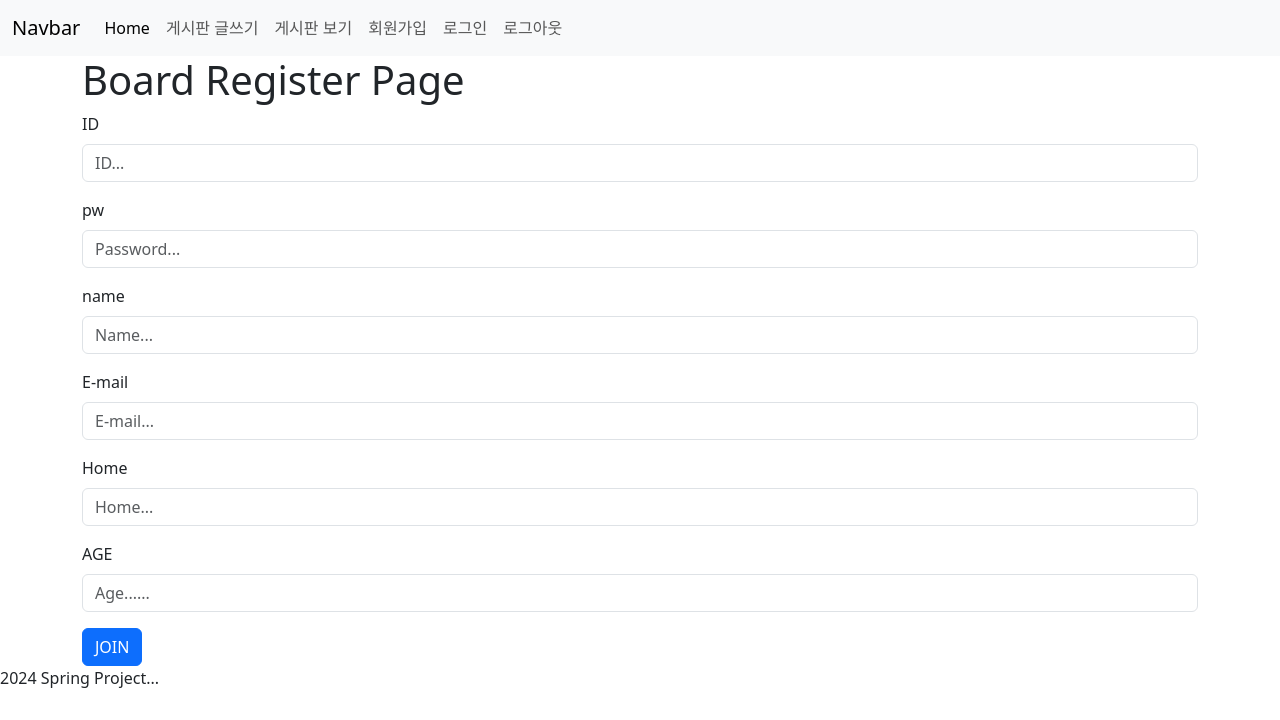
Repository: leegangjin/springTest240430
Page: http://localhost/spring_study/WEB-INF/views/member/register.jsp
The author's editor kept a copy of each file at every save. The page is drawn from the files as they stood at one save, then again after the next save.
The browser window is 1280 px wide. The pictures show the whole page.
The page is served by Tomcat 9. Nobody is signed in. The template is opened directly, without the code that normally fills it, so the values that code supplies are empty.

Above is the page before, as saved 2024-04-25 05:57:12.

### spring_study/src/main/webapp/WEB-INF/views/member/register.jsp
<%@ page language="java" contentType="text/html; charset=UTF-8"
	pageEncoding="UTF-8"%>

<jsp:include page="../layout/header.jsp" />
<div class="container-md">
	<h1>Board Register Page</h1>
	<form action="/board/insert" method="post">
		<div class="mb-3">
			<label for="i" class="form-label">ID</label> <input
				type="text" class="form-control" name="id" id="i"
				placeholder="ID...">
		</div>
		<div class="mb-3">
			<label for="p" class="form-label">pw</label>
			<input type="password" class="form-control" name="pw" id="p"
				placeholder="Password...">
		</div>
		<div class="mb-3">
			<label for="n" class="form-label">name</label>
			<input type="text" class="form-control" name="name" id="n"
				placeholder="Name...">
		</div>
		<div class="mb-3">
			<label for="e" class="form-label">E-mail</label>
			<input type="text" class="form-control" name="email" id="e"
				placeholder="E-mail...">
		</div>
		<div class="mb-3">
			<label for="h" class="form-label">Home</label>
			<input type="text" class="form-control" name="home" id="h"
				placeholder="Home...">
		</div>
		<div class="mb-3">
			<label for="a" class="form-label">AGE</label>
			<input type="text" class="form-control" name="age" id="a"
				placeholder="Age......">
		</div>


		<button type="submit" class="btn btn-primary">JOIN</button>
	</form>
</div>
<jsp:include page="../layout/footer.jsp" />

### spring_study/src/main/webapp/WEB-INF/views/layout/header.jsp
<%@ page language="java" contentType="text/html; charset=UTF-8"
    pageEncoding="UTF-8"%>
<!DOCTYPE html>
<html>
<head>
<meta charset="UTF-8">
<title>header.jsp</title>
</head>
<link href="https://cdn.jsdelivr.net/npm/bootstrap@5.3.3/dist/css/bootstrap.min.css" rel="stylesheet" integrity="sha384-QWTKZyjpPEjISv5WaRU9OFeRpok6YctnYmDr5pNlyT2bRjXh0JMhjY6hW+ALEwIH" crossorigin="anonymous">
<script src="https://cdn.jsdelivr.net/npm/bootstrap@5.3.3/dist/js/bootstrap.bundle.min.js" integrity="sha384-YvpcrYf0tY3lHB60NNkmXc5s9fDVZLESaAA55NDzOxhy9GkcIdslK1eN7N6jIeHz" crossorigin="anonymous"></script>
<body>
<nav class="navbar navbar-expand-lg bg-body-tertiary">
  <div class="container-fluid">
    <a class="navbar-brand" href="#">Navbar</a>
    <button class="navbar-toggler" type="button" data-bs-toggle="collapse" data-bs-target="#navbarSupportedContent" aria-controls="navbarSupportedContent" aria-expanded="false" aria-label="Toggle navigation">
      <span class="navbar-toggler-icon"></span>
    </button>
    <div class="collapse navbar-collapse" id="navbarSupportedContent">
      <ul class="navbar-nav me-auto mb-2 mb-lg-0">
        <li class="nav-item">
          <a class="nav-link active" aria-current="page" href="#">Home</a>
        </li>
        <li class="nav-item">
          <a class="nav-link" href="/board/register">게시판 글쓰기</a>
        </li>
        <li class="nav-item">
          <a class="nav-link" href="/board/list">게시판 보기</a>
        </li>
        <li class="nav-item">
          <a class="nav-link" href="#">회원가입</a>
        </li>
        <li class="nav-item">
          <a class="nav-link" href="#">로그인</a>
        </li>
        <li class="nav-item">
          <a class="nav-link" href="#">로그아웃</a>
        </li>
        </ul>
    </div>
  </div>
</nav>

### spring_study/src/main/webapp/WEB-INF/views/layout/footer.jsp
<%@ page language="java" contentType="text/html; charset=UTF-8"
	pageEncoding="UTF-8"%>
<!DOCTYPE html>
<html>
<head>
<meta charset="UTF-8">



<div class="mb-3" >2024 Spring Project...</div>
</body>
</html>

After the next save:
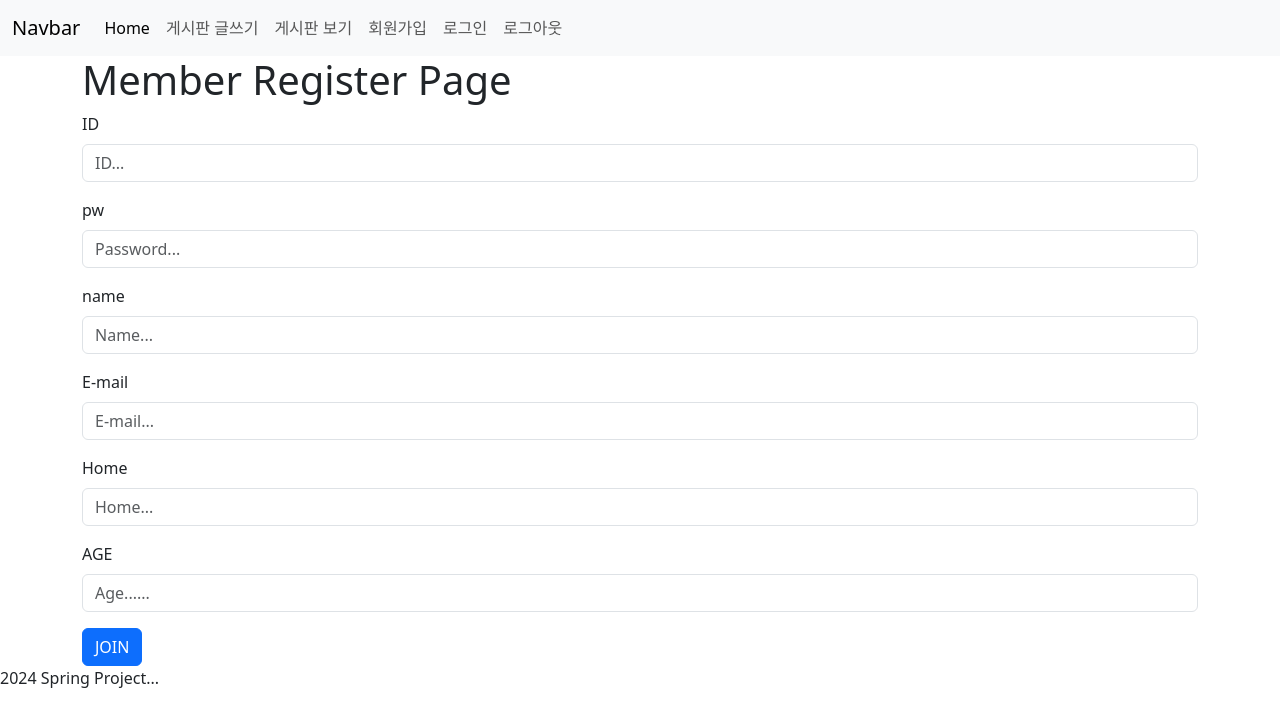
Saved 22 s later.
--- a/spring_study/src/main/webapp/WEB-INF/views/member/register.jsp
+++ b/spring_study/src/main/webapp/WEB-INF/views/member/register.jsp
@@ -3,8 +3,8 @@
 
 <jsp:include page="../layout/header.jsp" />
 <div class="container-md">
-	<h1>Board Register Page</h1>
-	<form action="/board/insert" method="post">
+	<h1>Member Register Page</h1>
+	<form action="/member/insert" method="post">
 		<div class="mb-3">
 			<label for="i" class="form-label">ID</label> <input
 				type="text" class="form-control" name="id" id="i"
